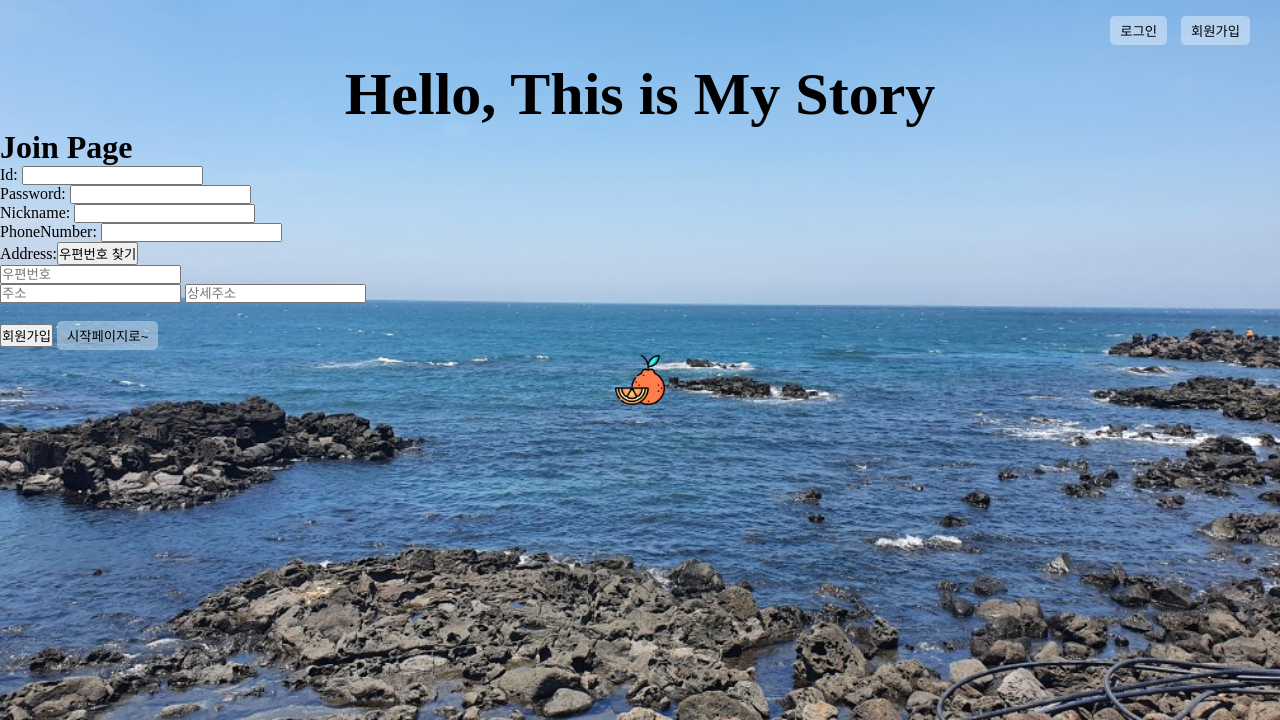
Repository: jeeniii/test2022_12_29
Page: http://localhost/portfolio/mem/join
These files come from the project's save history. The page is drawn as it stood at one moment and after the next save; the edit follows.
The browser window is 1280 px wide. The pictures show the whole page.
The page is served by Tomcat 9. Other server files are loaded and not shown.

Above is the page before, as saved 2022-12-13 07:03:10.

### JSP_Portfolio/portfolio/src/main/webapp/member/join.jsp
<%@ page language="java" contentType="text/html; charset=UTF-8"
    pageEncoding="UTF-8"%>
<!DOCTYPE html>
<html>
<head>
<meta charset="UTF-8">
<title>Insert title here</title>
<%@ include file="/header.jsp" %>
</head>
<body>
<h1>Join Page</h1>
<form action="/mem/register" method="post">
	Id: <input type="text" name="id" > <br>
	Password: <input type="password" name="pwd"> <br>
	Nickname: <input type="text" name="nick_name"> <br>
	PhoneNumber: <input type="text" name="phone" oninput="hypenTel(this)" maxlength="13"> <br>
	Address:<input type="button" onclick="sample6_execDaumPostcode()" value="우편번호 찾기"> <br>
			<input type="text" id="sample6_postcode" placeholder="우편번호"><br>
			<input type="text" name="addr1" id="sample6_address" placeholder="주소">
			<input type="text" name="addr2" id="sample6_detailAddress" placeholder="상세주소"">
			<input type="hidden" id="sample6_extraAddress" placeholder="참고항목"> <br><br>
	<button type="submit">회원가입</button>
	<a href="/"> <button type="button">시작페이지로~</button> </a>
</form>
<script src="//t1.daumcdn.net/mapjsapi/bundle/postcode/prod/postcode.v2.js"></script>
<script type="text/javascript">


const hypenTel = (target) => {
	 target.value = target.value
	   .replace(/[^0-9]/g, '')
	   .replace(/^(\d{2,3})(\d{3,4})(\d{4})$/, `$1-$2-$3`);
}

function sample6_execDaumPostcode() {
    new daum.Postcode({
        oncomplete: function(data) {
            var addr = '';
            var extraAddr = '';

            if (data.userSelectedType === 'R') {
                addr = data.roadAddress;
            } else {
                addr = data.jibunAddress;
            }

            if(data.userSelectedType === 'R'){
                if(data.bname !== '' && /[동|로|가]$/g.test(data.bname)){
                    extraAddr += data.bname;
                }
                if(data.buildingName !== '' && data.apartment === 'Y'){
                    extraAddr += (extraAddr !== '' ? ', ' + data.buildingName : data.buildingName);
                }
                if(extraAddr !== ''){
                    extraAddr = ' (' + extraAddr + ')';
                }
                document.getElementById("sample6_extraAddress").value = extraAddr;

            } else {
                document.getElementById("sample6_extraAddress").value = '';
            }

            document.getElementById('sample6_postcode').value = data.zonecode;
            document.getElementById("sample6_address").value = addr;
            document.getElementById("sample6_detailAddress").focus();
        }
    }).open();
}
</script>
<%@ include file="/footer.jsp" %>
</body>
</html>

### JSP_Portfolio/portfolio/src/main/webapp/header.jsp
<%@ page language="java" contentType="text/html; charset=UTF-8"
    pageEncoding="UTF-8"%>
    <%@ taglib uri="http://java.sun.com/jsp/jstl/core" prefix="c" %>
<!DOCTYPE html>
<html>
<head>
<meta charset="UTF-8">

<link rel="stylesheet" href="/resources/css/index.css" type="text/css">
</head>
<body>
	<header>
		<div class="realHeader">
			<div class="headbar">
				<ul>

					<c:if test="${ses.id ne null }">
						<li>
							${ses.nick_name }님
						</li>
						<li>
							<a href="/mem/logout?id=${ses.id }"><button type="button">로그아웃</button></a>
						</li>
						<li>
							<a href="/mem/modify?id=${ses.id }"><button type="button">회원정보수정</button></a>
						</li>
					</c:if>

					<c:if test="${ses.id eq null }">
						<li>
							<a href="/mem/login"><button type="button">로그인</button></a>
						</li>
						<li>
							<a href="/mem/join"><button type="button"> 회원가입</button></a>
						</li>
					</c:if>
				</ul>
			</div>
		</div>
		<div class="topic">
			<h1>Hello, This is My Story</h1>
		</div>
	</header>
</body>
</html>

### JSP_Portfolio/portfolio/src/main/webapp/footer.jsp
<%@ page language="java" contentType="text/html; charset=UTF-8"
    pageEncoding="UTF-8"%>
    <%@ taglib uri="http://java.sun.com/jsp/jstl/core" prefix="c" %>
<!DOCTYPE html>
<html>
<head>
<meta charset="UTF-8">
<title>Insert title here</title>
<link rel="stylesheet" href="/resources/css/footer.css" type="text/css">
</head>
<body>
<footer>
		<a href="/" id="hanlabtn"><button type="button"><img src="/resources/한라봉.png" id="hanlabong"></button></a>
</footer>
</body>
</html>

### JSP_Portfolio/portfolio/src/main/java/controller/MemberController.java
package controller;

import java.io.IOException;
import java.util.List;

import javax.servlet.RequestDispatcher;
import javax.servlet.ServletException;
import javax.servlet.annotation.WebServlet;
import javax.servlet.http.HttpServlet;
import javax.servlet.http.HttpServletRequest;
import javax.servlet.http.HttpServletResponse;
import javax.servlet.http.HttpSession;

import org.slf4j.Logger;
import org.slf4j.LoggerFactory;

import domain.MemberVO;
import service.MemberService;
import service.MemberServiceImpl;

@WebServlet("/mem/*")
public class MemberController extends HttpServlet {
	private static final long serialVersionUID = 1L;
	private Logger log=LoggerFactory.getLogger(MemberController.class);
    private MemberService msv;
    private RequestDispatcher rdp;
    private String destPage;
    private int isOk;

    public MemberController() {
    	msv=new MemberServiceImpl();
    }

	protected void service(HttpServletRequest req, HttpServletResponse res) throws ServletException, IOException {
		req.setCharacterEncoding("utf-8");
		res.setCharacterEncoding("utf-8");
		res.setContentType("text/html; charset=utf-8");

		String uri=req.getRequestURI();
		String path=uri.substring(uri.lastIndexOf("/")+1);
		log.info("uri>> "+uri);
		log.info("path>> "+path);

		switch(path) {
		case "login":
			destPage="/member/login.jsp";
			break;

		case "join":
			destPage="/member/join.jsp";

			break;

		case "register":
			try {
				log.info("register check1");
				MemberVO mvo=new MemberVO(
						req.getParameter("id"),
						req.getParameter("pwd"),
						req.getParameter("nick_name"),
						req.getParameter("phone"),
						req.getParameter("addr1")+req.getParameter("addr2"));
				System.out.println(mvo.getId()=="");
				System.out.println(mvo.getPwd()=="");
				System.out.println(mvo.getNick_name()=="");
				System.out.println(mvo.getPhone()=="");
				if(
						mvo.getId()==""||
						mvo.getPwd()==""||
						mvo.getNick_name()==""||
						mvo.getPhone()=="") {
					log.info("Resend check");
					req.setAttribute("msg_register", false);
					//res.sendRedirect("/");
					destPage="/";
					//return;
				}else {
					isOk=msv.register(new MemberVO(
							req.getParameter("id"),
							req.getParameter("pwd"),
							req.getParameter("nick_name"),
							req.getParameter("phone"),
							req.getParameter("addr1").concat(", ").concat(req.getParameter("addr2"))));
					//concate으로 addr1과 addr2를 이어 붙이면서 그 가운데에 ", "도 더해준다.
					if(isOk>0) {
						req.setAttribute("msg_register", true);
					}
					log.info("register check4");
					destPage="/";
				}
			} catch (Exception e) {
				log.info("register error");
				e.printStackTrace();
			}
			break;

		case "login_auth": //실제 로그인이 일어나는 케이스
			try {
				MemberVO mvo=msv.login(new MemberVO(req.getParameter("id"),req.getParameter("pwd")));
				log.info("login check");
				if(mvo != null) {
					//세션 가져오기. 연결된 세션이 없다면 새로 생성
					HttpSession ses=req.getSession();
					//ses로 mvo를 바인딩
					ses.setAttribute("ses", mvo);
					ses.setMaxInactiveInterval(10*60);
					req.setAttribute("msg_login", true);
				}else {
					req.setAttribute("msg_login", false);
				}
				destPage="/";
			} catch (Exception e) {
				log.info("login_auth error");
				e.printStackTrace();
			}
			break;

		case "logout":
			try {
				HttpSession ses=req.getSession();
				ses.invalidate(); //무효화하다
				//로그인 정보 id를 주고 로그인 시간 update
				isOk=msv.lastLogin(req.getParameter("id"));
				log.info("check1");
				log.info("logout>> :"+(isOk>0?"Ok":"Fail"));
				destPage="/";
			} catch (Exception e) {
				log.info("logout error");
				e.printStackTrace();
			}
			break;

		case "list":
			try {
				log.info("list 1");
				List<MemberVO> list=msv.getList();
				req.setAttribute("list", list);
				log.info("list 4");
				destPage="/member/list.jsp";
			} catch (Exception e) {
				log.info("list error");
				e.printStackTrace();
			}
			break;

		case "modify":
			try {
				log.info("modify1");
				String id=req.getParameter("id");
				MemberVO mvo=msv.modify(id);
				req.setAttribute("mvo", mvo);
				log.info("modify4");
				destPage="/member/modify.jsp";
			} catch (Exception e) {
				log.info("modify error");
				e.printStackTrace();
			}
			break;

		case "update":
			try {
				log.info("update1");
				String id=req.getParameter("id");
				String pwd=req.getParameter("pwd");
				String nick_name=req.getParameter("nick_name");
				String phone=req.getParameter("phone");
				String addr=req.getParameter("addr1").concat(", ").concat(req.getParameter("addr2"));
				MemberVO mvo=new MemberVO(id,pwd,nick_name,phone,addr);
				isOk=msv.update(mvo);
				log.info("update4");
				if(isOk>0) {
					HttpSession ses=req.getSession();
					ses.setAttribute("ses", mvo);
					ses.setMaxInactiveInterval(10*60);
				}else {
					req.setAttribute("msg_update", 0);
				}
				log.info("controller update> "+(isOk>0?"ok":"fail"));
				destPage="/";
			} catch (Exception e) {
				log.info("update error");
				e.printStackTrace();
			}
			break;

		case "remove":
			try {
				log.info("remove1");
				String id=req.getParameter("id");
				HttpSession ses=req.getSession();
				ses.invalidate();
				isOk=msv.remove(id);
				destPage="/";
				log.info("remove4");
			} catch (Exception e) {
				log.info("remove error");
				e.printStackTrace();
				break;

			}
		default:
			break;
		}

		rdp=req.getRequestDispatcher(destPage);
		rdp.forward(req, res);
	}

	protected void doGet(HttpServletRequest request, HttpServletResponse response) throws ServletException, IOException {
		service(request, response);
	}

	protected void doPost(HttpServletRequest request, HttpServletResponse response) throws ServletException, IOException {
		service(request, response);
	}

}

### JSP_Portfolio/portfolio/src/main/java/service/MemberServiceImpl.java
package service;

import java.util.List;

import org.slf4j.Logger;
import org.slf4j.LoggerFactory;

import domain.MemberVO;
import repository.MemberDAO;
import repository.MemberDAOImpl;

public class MemberServiceImpl implements MemberService {
	private static final Logger log=LoggerFactory.getLogger(MemberServiceImpl.class);
	private MemberDAO mdao;

	public MemberServiceImpl() {
		mdao=new MemberDAOImpl();
	}

	@Override
	public int register(MemberVO mvo) {
		log.info("register check2");
		return mdao.insert(mvo);
	}

	@Override
	public MemberVO login(MemberVO mvo) {
		log.info("login check2");
		return mdao.selectOne(mvo);
	}

	@Override
	public int lastLogin(String id) {
		log.info("logout check2");
		return mdao.update(id);
	}

	@Override
	public List<MemberVO> getList() {
		log.info("list check2");
		return mdao.seletList();
	}

	@Override
	public MemberVO modify(String id) {
		log.info("modify check2");
		return mdao.modify(id);
	}

	@Override
	public int update(MemberVO mvo) {
		log.info("update check2");
		return mdao.update(mvo);
	}

	@Override
	public int remove(String id) {
		log.info("remove2");
		return mdao.delete(id);
	}

}

### JSP_Portfolio/portfolio/src/main/java/repository/MemberDAO.java
package repository;

import java.util.List;

import domain.MemberVO;

public interface MemberDAO {

	int insert(MemberVO mvo);

	MemberVO selectOne(MemberVO mvo);

	int update(String id);

	List<MemberVO> seletList();

	MemberVO modify(String id);

	int update(MemberVO mvo);

	int delete(String id);

}

### JSP_Portfolio/portfolio/src/main/java/repository/MemberDAOImpl.java
package repository;


import java.util.List;

import org.apache.ibatis.session.SqlSession;
import org.slf4j.Logger;
import org.slf4j.LoggerFactory;

import domain.MemberVO;
import orm.DataBaseBuilder;

public class MemberDAOImpl implements MemberDAO {
	private static final Logger log=LoggerFactory.getLogger(MemberDAOImpl.class);
	private SqlSession sql;
	private final String NS="MemberMapper.";

	public MemberDAOImpl() {
		new DataBaseBuilder();
		sql=DataBaseBuilder.getFactory().openSession();
	}

	@Override
	public int insert(MemberVO mvo) {
		log.info("check");
		int isOk=sql.insert(NS+"add",mvo);
		if(isOk>0) {
			sql.commit();
		}
		log.info("register check3");
		return isOk;
	}

	@Override
	public MemberVO selectOne(MemberVO mvo) {
		log.info("login check3");
		return sql.selectOne(NS+"login",mvo);
	}

	@Override
	public int update(String id) {
		int isOk=sql.update(NS+"last",id);
		if(isOk>0) {
			sql.commit();
		}
		log.info("logout check3");
		return isOk;
	}

	@Override
	public List<MemberVO> seletList() {
		log.info("list check3");
		return sql.selectList(NS+"list");
	}

	@Override
	public MemberVO modify(String id) {
		log.info("modify check3");
		return sql.selectOne(NS+"modify",id);
	}

	@Override
	public int update(MemberVO mvo) {
		int isOk=sql.update(NS+"update",mvo);
		if(isOk>0) {
			sql.commit();
		}
		log.info("update check3");
		return isOk;
	}

	@Override
	public int delete(String id) {
		log.info("remove3");
		int isOk=sql.delete(NS+"delete",id);
		if(isOk>0) {
			sql.commit();
		}
		return isOk;
	}

}

### JSP_Portfolio/portfolio/src/main/java/orm/DataBaseBuilder.java
package orm;

import org.apache.ibatis.io.Resources;
import org.apache.ibatis.session.SqlSessionFactory;
import org.apache.ibatis.session.SqlSessionFactoryBuilder;

public class DataBaseBuilder {
	private static SqlSessionFactory factory;

	static {
		try {
			factory=new SqlSessionFactoryBuilder().build(Resources.getResourceAsReader("orm/MybatisConfig.xml"));
		} catch (Exception e) {
			System.out.println("mybatis error");
			e.printStackTrace();
		}
	}
	public static SqlSessionFactory getFactory() {
		return factory;
	}

}

### JSP_Portfolio/portfolio/src/main/java/domain/MemberVO.java
package domain;

public class MemberVO {
	/*create table member3 (
	id varchar(100) not null,
	pwd varchar(100) not null,
	nick_name varchar(100) not null,
	reg_at datetime default current_timestamp,
	last_login datetime not null,
	primary key(id));*/
	private String id;
	private String pwd;
	private String nick_name;
	private String phone;
	private String addr;
	private String reg_at;
	private String last_login;

	public MemberVO() {}

	//login(id,pwd)
	public MemberVO(String id,String pwd) {
		this.id=id;
		this.pwd=pwd;
	}
	//join,modify(id,pwd,nick_name)
	public MemberVO(String id,String pwd,String nick_name,String phone,String addr) {
		this.id=id;
		this.pwd=pwd;
		this.nick_name=nick_name;
		this.phone=phone;
		this.addr=addr;
	}
	//list(all)
	public MemberVO(String id,String pwd,String nick_name,String phone,String addr,String reg_at,String last_login) {
		this.id=id;
		this.pwd=pwd;
		this.nick_name=nick_name;
		this.phone=phone;
		this.addr=addr;
		this.reg_at=reg_at;
		this.last_login=last_login;
	}

	public String getId() {
		return id;
	}

	public void setId(String id) {
		this.id = id;
	}

	public String getPwd() {
		return pwd;
	}

	public void setPwd(String pwd) {
		this.pwd = pwd;
	}

	public String getNick_name() {
		return nick_name;
	}

	public void setNick_name(String nick_name) {
		this.nick_name = nick_name;
	}

	public String getReg_at() {
		return reg_at;
	}

	public void setReg_at(String reg_at) {
		this.reg_at = reg_at;
	}

	public String getLast_login() {
		return last_login;
	}

	public void setLast_login(String last_login) {
		this.last_login = last_login;
	}

	public String getPhone() {
		return phone;
	}

	public void setPhone(String phone) {
		this.phone = phone;
	}

	public String getAddr() {
		return addr;
	}

	public void setAddr(String addr) {
		this.addr = addr;
	}

}

### JSP_Portfolio/portfolio/src/main/java/domain/BoardVO.java
package domain;

public class BoardVO {
	private int bno;
	private String title;
	private String writer;
	private String content;
	private String reg_date;
	private int read_count;
	private String image_file;

	public BoardVO() {}

	//insert(title,writer,content)
	public BoardVO(String title,String writer,String content) {
		this.title=title;
		this.writer=writer;
		this.content=content;
	}
	//list(bno,title,writer,reg_date,read_count)
	public BoardVO(int bno,String title,String writer,String reg_date,int read_count) {
		this.bno=bno;
		this.title=title;
		this.writer=writer;
		this.reg_date=reg_date;
		this.read_count=read_count;
	}
	//update(bno,title,content)
	public BoardVO(int bno,String title,String content) {
		this.bno=bno;
		this.title=title;
		this.content=content;
	}
	//count(bno,read_count)
	public BoardVO(int bno,int read_count) {
		this.bno=bno;
		this.read_count=read_count;
	}

	public int getBno() {
		return bno;
	}

	public void setBno(int bno) {
		this.bno = bno;
	}

	public String getTitle() {
		return title;
	}

	public void setTitle(String title) {
		this.title = title;
	}

	public String getWriter() {
		return writer;
	}

	public void setWriter(String writer) {
		this.writer = writer;
	}

	public String getContent() {
		return content;
	}

	public void setContent(String content) {
		this.content = content;
	}

	public String getReg_date() {
		return reg_date;
	}

	public void setReg_date(String reg_date) {
		this.reg_date = reg_date;
	}

	public int getRead_count() {
		return read_count;
	}

	public void setRead_count(int read_count) {
		this.read_count = read_count;
	}

	public String getImage_file() {
		return image_file;
	}

	public void setImage_file(String image_file) {
		this.image_file = image_file;
	}

}

### JSP_Portfolio/portfolio/src/main/java/domain/PagingVO.java
package domain;

public class PagingVO {
	private int pageNo;
	private int qty;

	public PagingVO() {
		this(1,5);
	}

	public PagingVO(int pageNo,int qty) {
		this.pageNo=pageNo;
		this.qty=qty;
	}

	public int getPageStart() {
		return (this.pageNo-1)*qty;
	}

	public void setPageNo(int pageNo) {
		this.pageNo = pageNo;
	}

	public int getQty() {
		return qty;
	}

	public void setQty(int qty) {
		this.qty = qty;
	}

	public int getPageNo() {
		return pageNo;
	}

}

### JSP_Portfolio/portfolio/src/main/webapp/resources/css/index.css
@charset "UTF-8";
* {
    margin: 0;
    padding: 0;
    box-sizing: border-box;
}
body{
	width:100%;
	height:100%;
	background-image: url("/resources/제주 바다.jpg");
	background-repeat: no-repeat;
	background-size: cover;
}
.topic{
	text-align: center;
	font-size: 30px;
}
.realHeader{
	height: 60px;
}
.headbar{
	display: flex;
	align-items: center;
	float: right;
	padding: 0px 30px;
	height: 60px;
}
.headbar>ul{
    list-style-type: none;
}
.headbar>ul>li{
	display: inline;;
	margin-left: 10px;
	line-height: 30px;
	vertical-align: middle;
}
.headbar>ul>li>a{
	font-size: 20px;
	font-weight: 700px;
	color: black;
    text-decoration-line:none ;
}

.main_container{
	display: flex;
	min-width:100%;
	min-height:50%;
}
.main_container2{
	display: inline-block;
	margin: 0 auto;
}
button[type="button"]{
	border: 0px;
	padding: 5px 10px;
	border-radius: 5px;
	background-color: rgba(255, 255, 255, 0.377);
}
section{
	min-height: 500px;
}

### JSP_Portfolio/portfolio/src/main/webapp/resources/css/footer.css
@charset "UTF-8";
#hanlabong{
    width: 50px;
    height: 50px;
}

#hanlabtn{
	background-color: transparent;
	border:none;
	cursor: pointer;
}
#hanlabtn button{
	background-color: transparent;
	border:none;
	cursor: pointer;

}
#hanlabtn:hover{
	transform:scale(1.5);
  	transition: transform .5s;
}
footer{
	width: 100%;
	display: flex;
	justify-content: center;
}

After the next save:
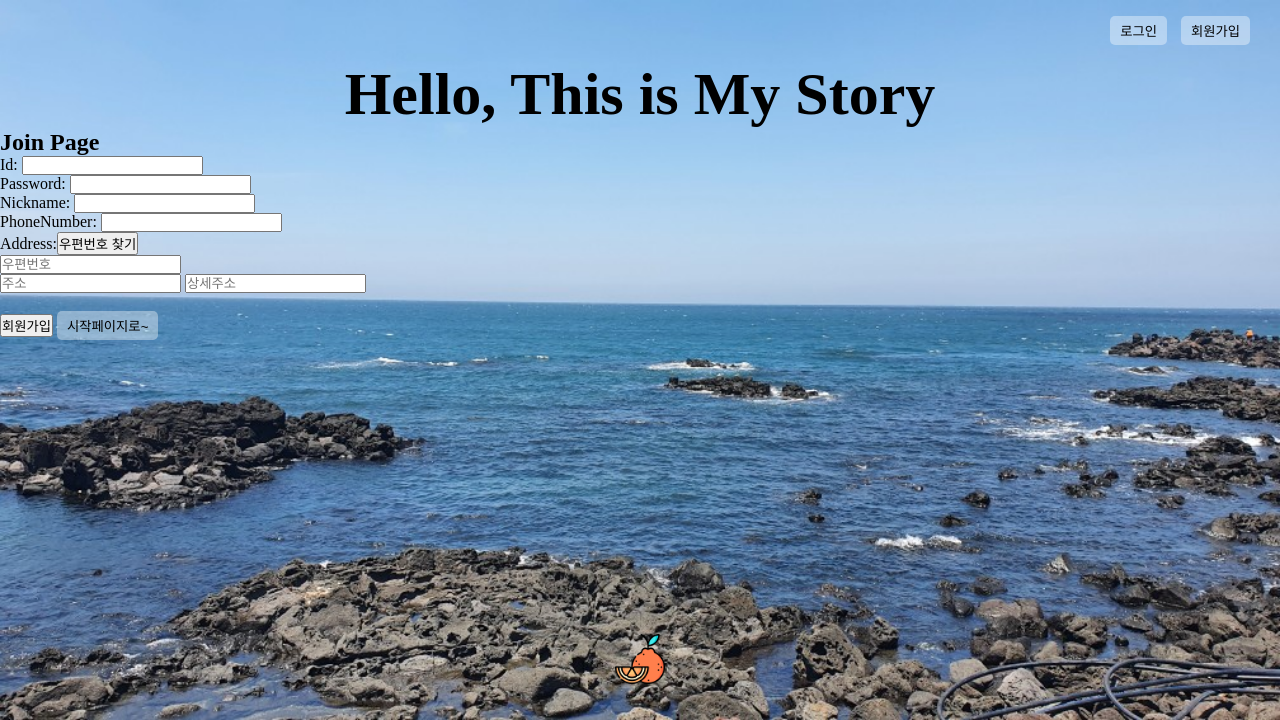
Saved 68 s later.
--- a/JSP_Portfolio/portfolio/src/main/webapp/member/join.jsp
+++ b/JSP_Portfolio/portfolio/src/main/webapp/member/join.jsp
@@ -8,20 +8,22 @@
 <%@ include file="/header.jsp" %>
 </head>
 <body>
-<h1>Join Page</h1>
-<form action="/mem/register" method="post">
-	Id: <input type="text" name="id" > <br>
-	Password: <input type="password" name="pwd"> <br>
-	Nickname: <input type="text" name="nick_name"> <br>
-	PhoneNumber: <input type="text" name="phone" oninput="hypenTel(this)" maxlength="13"> <br>
-	Address:<input type="button" onclick="sample6_execDaumPostcode()" value="우편번호 찾기"> <br>
-			<input type="text" id="sample6_postcode" placeholder="우편번호"><br>
-			<input type="text" name="addr1" id="sample6_address" placeholder="주소">
-			<input type="text" name="addr2" id="sample6_detailAddress" placeholder="상세주소"">
-			<input type="hidden" id="sample6_extraAddress" placeholder="참고항목"> <br><br>
-	<button type="submit">회원가입</button>
-	<a href="/"> <button type="button">시작페이지로~</button> </a>
-</form>
+<section>
+	<h1>Join Page</h1>
+	<form action="/mem/register" method="post">
+		Id: <input type="text" name="id" > <br>
+		Password: <input type="password" name="pwd"> <br>
+		Nickname: <input type="text" name="nick_name"> <br>
+		PhoneNumber: <input type="text" name="phone" oninput="hypenTel(this)" maxlength="13"> <br>
+		Address:<input type="button" onclick="sample6_execDaumPostcode()" value="우편번호 찾기"> <br>
+				<input type="text" id="sample6_postcode" placeholder="우편번호"><br>
+				<input type="text" name="addr1" id="sample6_address" placeholder="주소">
+				<input type="text" name="addr2" id="sample6_detailAddress" placeholder="상세주소"">
+				<input type="hidden" id="sample6_extraAddress" placeholder="참고항목"> <br><br>
+		<button type="submit">회원가입</button>
+		<a href="/"> <button type="button">시작페이지로~</button> </a>
+	</form>
+</section>
 <script src="//t1.daumcdn.net/mapjsapi/bundle/postcode/prod/postcode.v2.js"></script>
 <script type="text/javascript">
 
